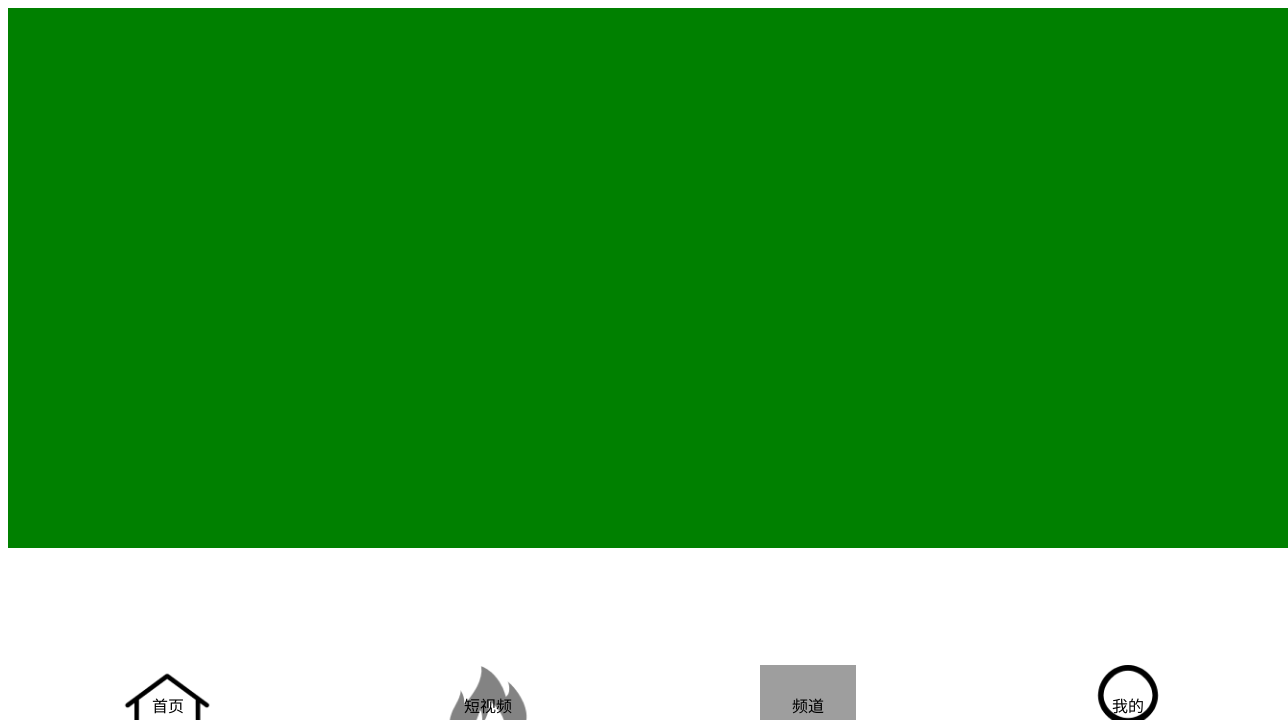
Repository: ITliuxiangyu/H51911Test
Page: video_demo/index.html
These files come from the project's save history. The page is drawn as it stood at one moment and after the next save; the edit follows.
The browser window is 1280 px wide. The page is 1288 px wide, so the pictures cover 1288 px, including what lies to the right of the window. The pictures show the whole page.
Pictures or frames that could not be fetched are drawn as grey boxes.

Above is the page before, as saved 2019-12-20 10:20:56.

After the next save:
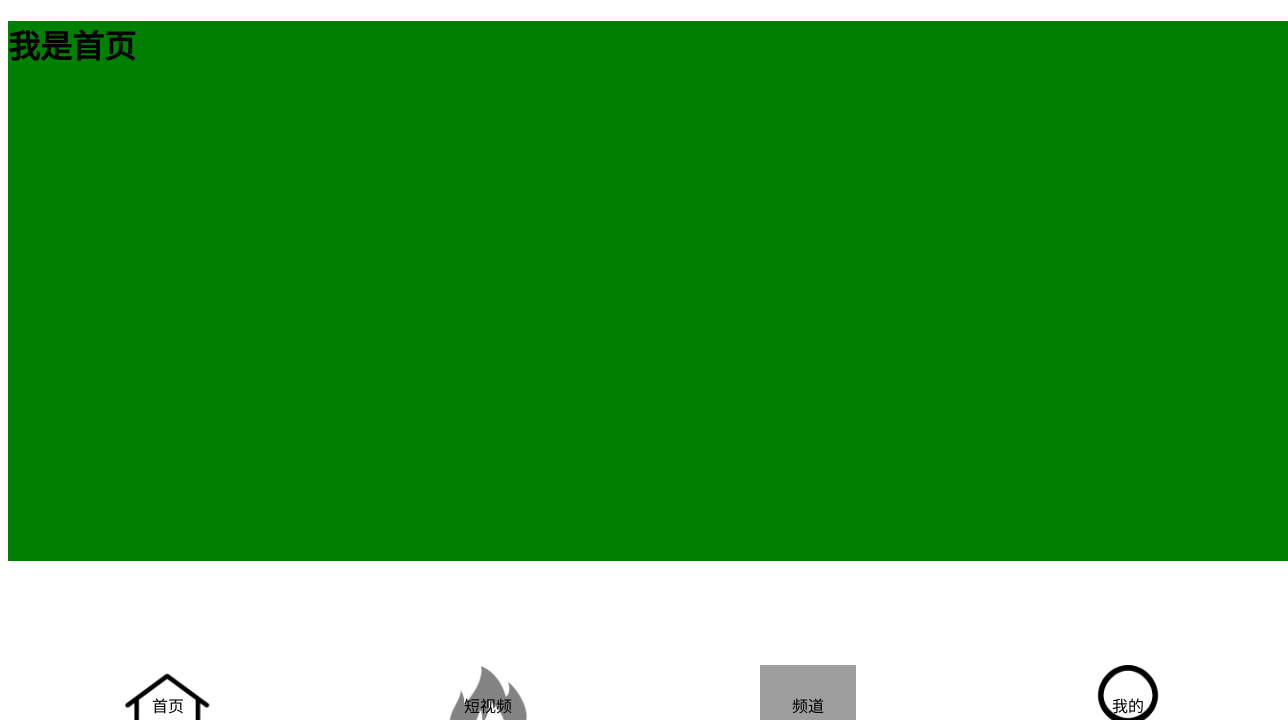
Saved 55 s later.
--- a/video_demo/index.html
+++ b/video_demo/index.html
@@ -10,10 +10,18 @@
 <body>
     <div class="app">
         <div class="app_content">
-            <div class="shoueye_wrap"></div>
-            <div class="duanshipin_wrap"></div>
-            <div class="pindao_wrap"></div>
-            <div class="wode_wrap"></div>
+            <div class="shoueye_wrap">
+                <h1>我是首页</h1>
+            </div>
+            <div class="duanshipin_wrap">
+                <h1>我是短视频</h1>
+            </div>
+            <div class="pindao_wrap">
+                <h1>我是频道</h1>
+            </div>
+            <div class="wode_wrap">
+                <h1>我是我的</h1>
+            </div>
         </div>
         <div class="app_tabbar">
             <div class="tabbar_item">
